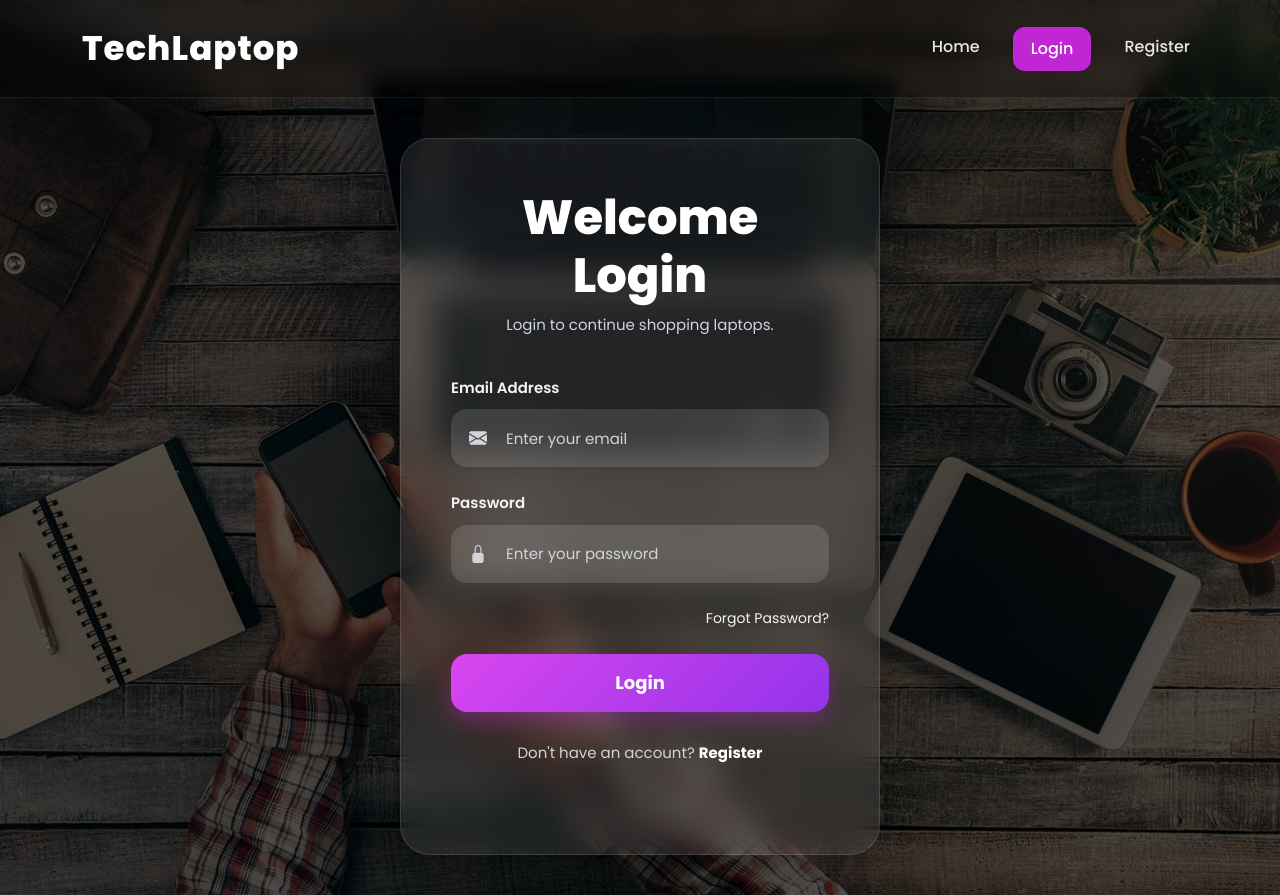
Repository: shiwamshete24-cmyk/eccomerce-laptop-website
Page: eccomerce laptop website/src/main/webapp/login.html
The author's editor kept a copy of each file at every save. The page is drawn from the files as they stood at one save, then again after the next save.
The browser window is 1280 px wide. The pictures show the whole page.

Above is the page before, as saved 2026-05-27 14:03:09.

After the next save:
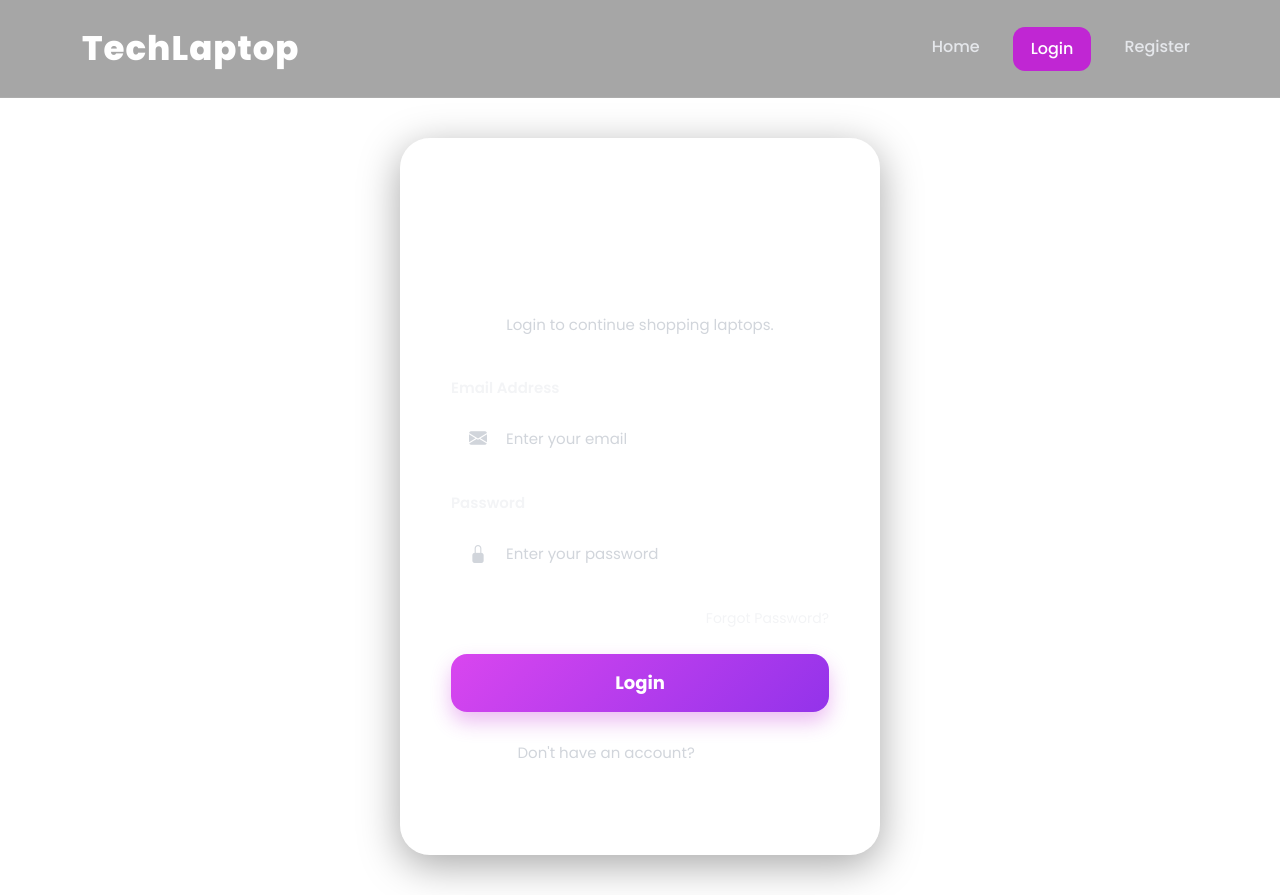
Saved 61 s later.
--- a/eccomerce laptop website/src/main/webapp/css/login.css
+++ b/eccomerce laptop website/src/main/webapp/css/login.css
@@ -13,9 +13,7 @@
 	linear-gradient(
 	rgba(0,0,0,0.65),
 	rgba(0,0,0,0.65)
-	),
-
-	url("img/myimg3.jpg");
+	) url("img/myimg3.jpg");
 
 	background-size:cover;
 

After the save that followed:
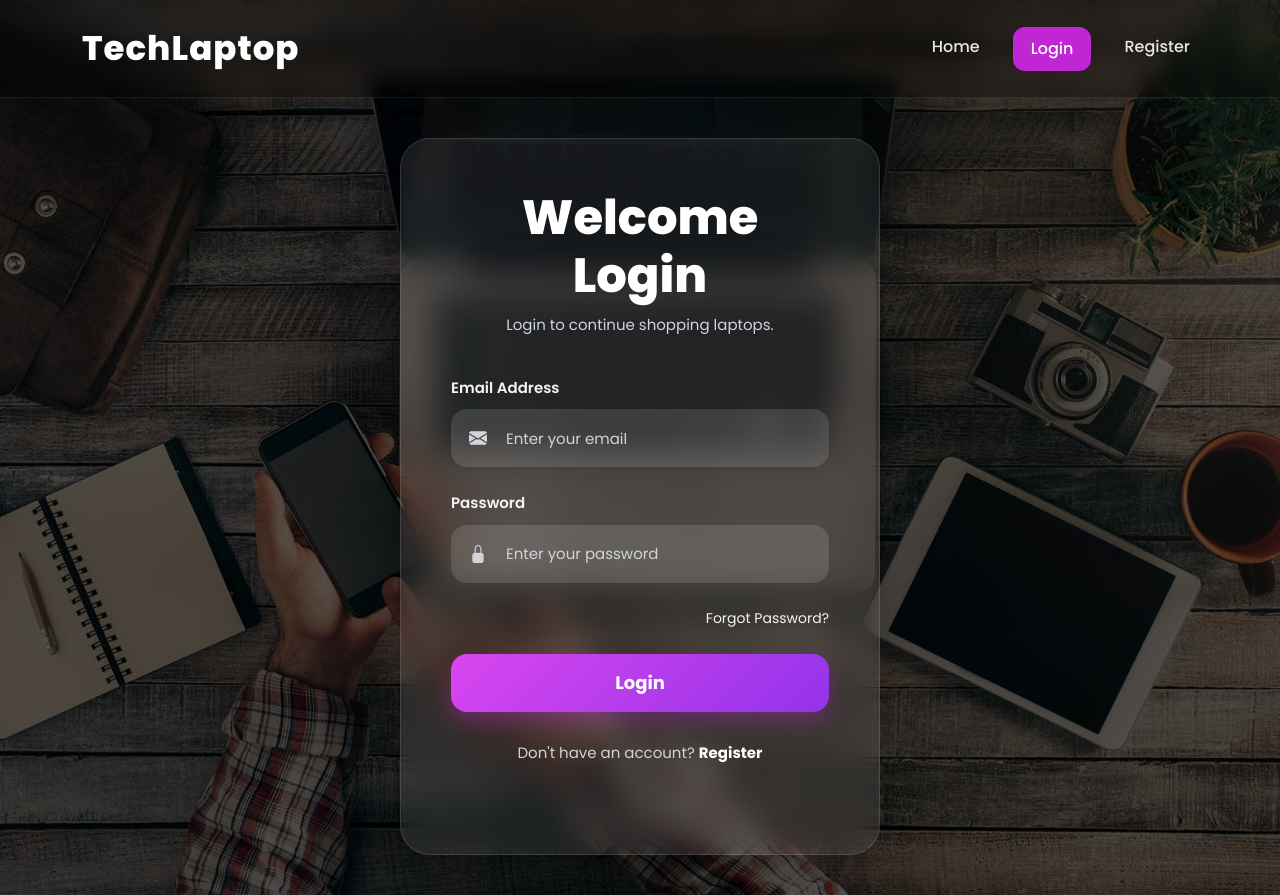
Saved 10 s later.
--- a/eccomerce laptop website/src/main/webapp/css/login.css
+++ b/eccomerce laptop website/src/main/webapp/css/login.css
@@ -13,7 +13,7 @@
 	linear-gradient(
 	rgba(0,0,0,0.65),
 	rgba(0,0,0,0.65)
-	) url("img/myimg3.jpg");
+	) , url("img/myimg3.jpg");
 
 	background-size:cover;
 
